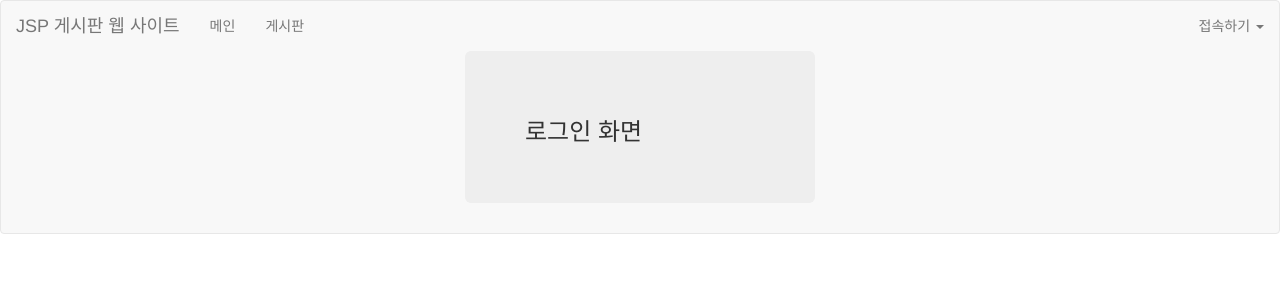
Repository: GorillaDunk/JSP
Page: http://localhost/BBS/login.jsp
An editor plug-in stored every save of this project. The page is shown before and after the next save, followed by the edit.
The browser window is 1280 px wide. The pictures show the whole page.
Some web libraries are served in a nearby version. The page is served by Tomcat 9.

Above is the page before, as saved 2023-10-14 04:31:36.

After the next save:
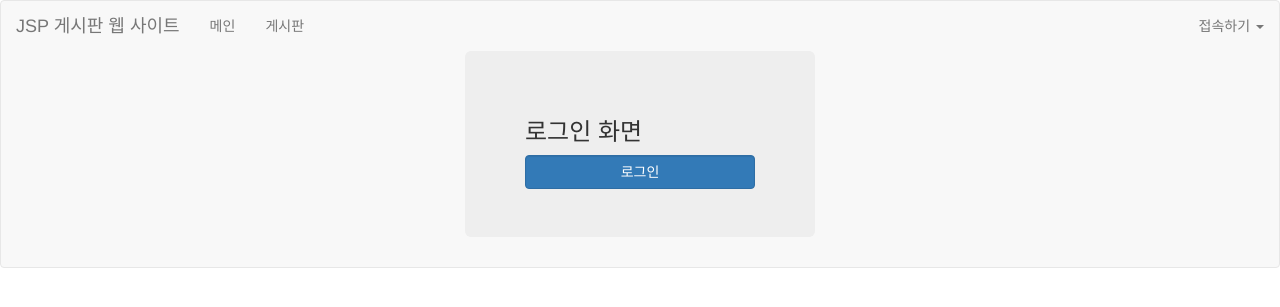
Saved 2 min 1 s later.
--- a/projects/BBS/src/main/webapp/login.jsp
+++ b/projects/BBS/src/main/webapp/login.jsp
@@ -52,6 +52,10 @@
 						<div class="form-group>
 							<input type="text" class="form-control" placeholder="아이디" name="userID" maxlength="20">
 						</div>
+						<div class="form-group>
+							<input type="password" class="form-control" placeholder="비밀번호" name="userPassword" maxlength="20">
+						</div>
+						<input type="submit" class="btn btn-primary form-control" value="로그인">
 					</form>
 				</div>
 			</div>
